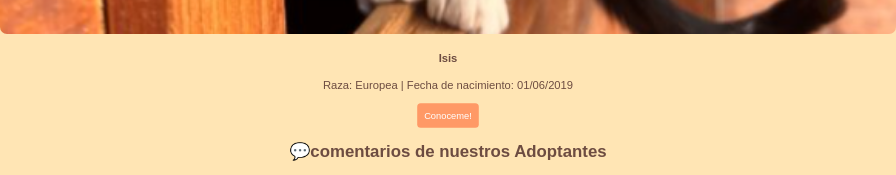
Repository: adriarodrisan/PetLover
Page: Paginas_web/Home_Petlover.html
These files come from the project's save history. The page is drawn as it stood at one moment and after the next save; the edit follows.
The browser window is 1280 px wide. The pictures show the part of the page from y = 2462 to 4382 px (the page is 2712 px tall before and 5423 px after), at 70% of full size.

Above is the page before, as saved 2025-02-14 18:49:51.

### Paginas_web/Home_Petlover.html
<!DOCTYPE html>
<html lang="en">
<head>
    <meta charset="UTF-8">
    <meta name="viewport" content="width=device-width, initial-scale=1.0">
    <title>PetLover home - Adopción de Mascotas </title>
    <link rel="stylesheet" href="/Css_Paginas/Home_Petlover.css">
</head>
<body>
    <header>
        <div class="logo">
            <h1> PetLover</h1>
        </div>
<!-- 🎥 Nuestros apartados de informacion, enlaces y boton de inicio de sesión -->
        <nav>
            <a href="#AboutUs">Sobre Nosotros</a>
            <a href="#Adopcion">Cómo Adoptar</a>
            <a href="#Ayudas">Ayudanos</a>
            <a href="#Contactos">Contato</a>
        </nav>
        <button class="boton_autenticacion"> Iniciar Sesión </button>
    </header>
 <!-- 🎥 Separacion entre gato y perro  -->
    <section class= "heroes">
        <h2>Encuentra a tu mejora amigo</h2>
        <p>Explora nuestros refugios y Encuentra a tu compañero ideal</p>
        <div class="contenedor-categoria">
            <h3>Perros</h3><a href="perros.html" class="tarjeta-categoria">🐶</a>
            <h3>Gatos</h3> <a href="gatos.html" class="tarjeta-categoria">🐱</a>
        </div>
    </section>
<!-- 🐾 Sección de Perros y Gatos Destacados con grandes necesidades! -->
<!-- 🐾 Sección de Perros -->
    <section class="seccion-destacada">
        <h2>🐶🐱 Mascotas Destacadas</h2>
        <div class="contenedor-destacado">
            <div class="tarjeta-mascota">
                <img src="/Imagenes_Animales/boki.png" alt="Perro en Adopción">
                <h4>Max</h4>
                <p>Raza: Pastor Belga Malioisse | Fecha de nacimiento: 22/02/2020</p>
                <button> Conoceme! </button>
            </div>
<!-- 🐾 Sección de Gatos -->
            <div class="tarjeta-mascota">
                <img src="/Imagenes_Animales/isis.png" alt="Gato en adopción">
                <h4>Isis</h4>
                <p> Raza: Europea | Fecha de nacimiento: 01/06/2019</p>
                <button>Conoceme! </button>
            </div>
        </div>
    </section>
<!-- 🐾 Sección de comentarios de Adoptantes (en preparación) -->
 <section class=" seccion-adoptantes">
    <h2>💬comentarios de nuestros Adoptantes </h2>
 </section>
</body>
</html>

### Css_Paginas/Home_Petlover.css
body{
    font-family: 'Arial', sans-serif;
    background-color: #ffe5b4;
    color: #6d4c41;
    margin: 0;
    text-align: center;
}
header{
    background-color: #FFCC99;
    padding: 15px;
    display: flex;
    justify-content: space-between;
    align-items: center;
}
.logo h1{
    margin: 0;
}
nav a{
    text-decoration: none;
    color: #6d4c41;
    font-weight: bold;
    margin:0 15px;
}
.boton-autenticacion{
    background-color: #FF9966;
    border:none ;
    color: white;
    padding: 10px 15px;
    border-radius: 5px;
    cursor: pointer;
}
.boton-autenticacion:hover{
    background-color: #FF7043;
}
.seccion-principal{
    background-color: #ffdab9;
    padding: 50px 20px;
}

.contenedor-categoria{
    display: flex;
    justify-content: center;
    gap: 20px;
}
.tarjeta-categoria{
    text-decoration: none;
    background: white;
    padding: 20px;
    border-radius: 10px;
    color: #6d4c41;
    font-size: 1.5rem;
    box-shadow: 2px 2px 10px rgba(0, 0, 0, 0.1);
    transition: transform 0.2s ease-in-out;
}
.tarjeta-categoria:hover{
    transform: scale(1.1);
}
.seccion-destacados, .contenedor-pasos{
    display: flex;
    justify-content: center;
    gap: 20px;
    flex-wrap: wrap;
}
.tarjeta-mascota img{
    width: 100%;
    border-radius: 10px;
}
.tarjeta-mascota button{
    background-color: #FF9966;
    border: none;
    color: white;
    padding:10px;
    border-radius: 5px;
    cursor:pointer;
}
.tarjeta-mascota button:hover {
    background-color: #FF7043;
}

After the next save:
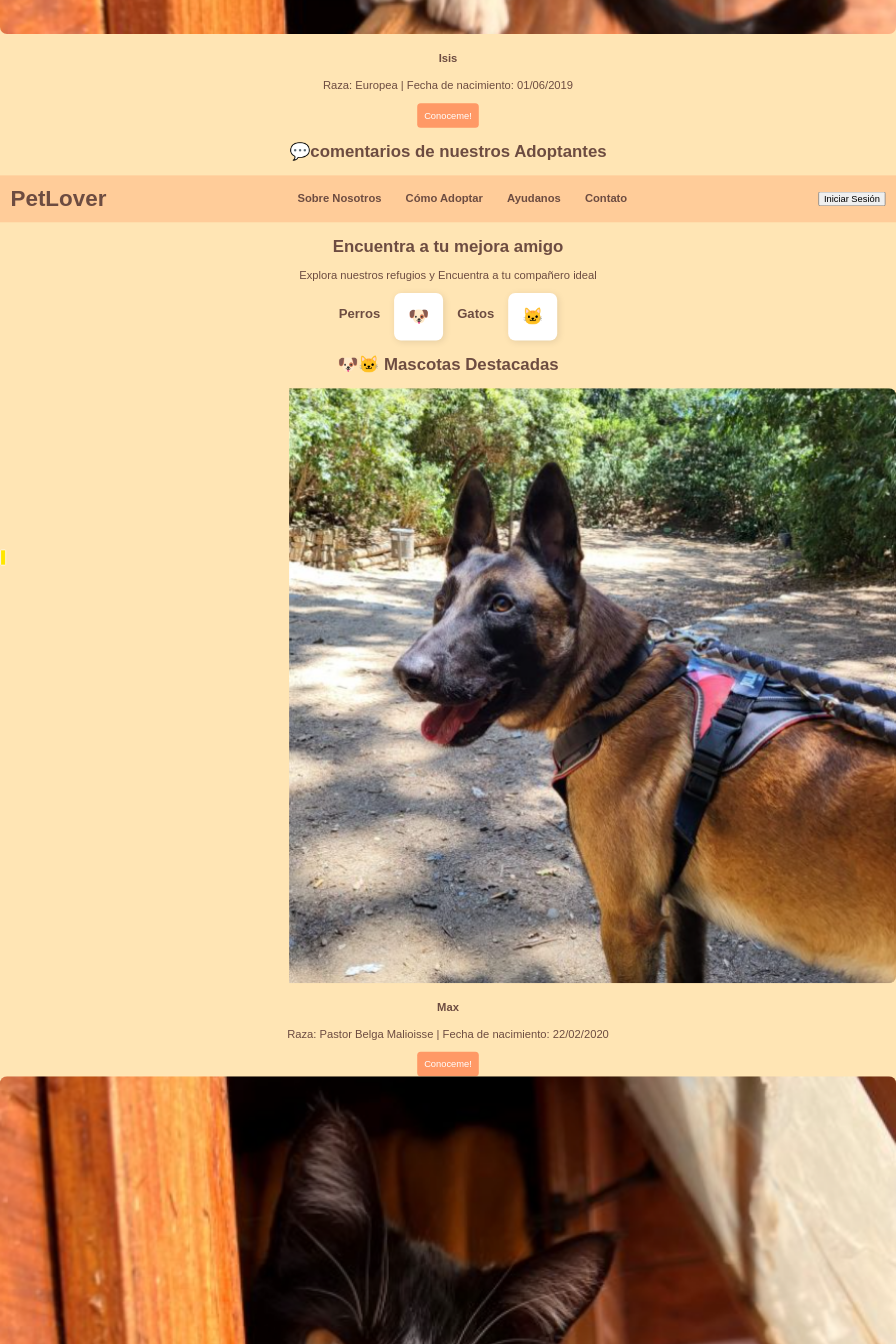
Saved 3 s later.
--- a/Paginas_web/Home_Petlover.html
+++ b/Paginas_web/Home_Petlover.html
@@ -1,3 +1,60 @@
+<!DOCTYPE html>
+<html lang="es">
+<head>
+    <meta charset="UTF-8">
+    <meta name="viewport" content="width=device-width, initial-scale=1.0">
+    <title>PetLover home - Adopción de Mascotas </title>
+    <link rel="stylesheet" href="/Css_Paginas/Home_Petlover.css">
+</head>
+<body>
+    <header>
+        <div class="logo">
+            <h1> PetLover</h1>
+        </div>
+<!-- 🎥 Nuestros apartados de informacion, enlaces y boton de inicio de sesión -->
+        <nav>
+            <a href="#AboutUs">Sobre Nosotros</a>
+            <a href="#Adopcion">Cómo Adoptar</a>
+            <a href="#Ayudas">Ayudanos</a>
+            <a href="#Contactos">Contato</a>
+        </nav>
+        <button class="boton_autenticacion"> Iniciar Sesión </button>
+    </header>
+ <!-- 🎥 Separacion entre gato y perro  -->
+    <section class= "heroes">
+        <h2>Encuentra a tu mejora amigo</h2>
+        <p>Explora nuestros refugios y Encuentra a tu compañero ideal</p>
+        <div class="contenedor-categoria">
+            <h3>Perros</h3><a href="perros.html" class="tarjeta-categoria">🐶</a>
+            <h3>Gatos</h3> <a href="gatos.html" class="tarjeta-categoria">🐱</a>
+        </div>
+    </section>
+<!-- 🐾 Sección de Perros y Gatos Destacados con grandes necesidades! -->
+<!-- 🐾 Sección de Perros -->
+    <section class="seccion-destacada">
+        <h2>🐶🐱 Mascotas Destacadas</h2>
+        <div class="contenedor-destacado">
+            <div class="tarjeta-mascota">
+                <img src="/Imagenes_Animales/boki.png" alt="Perro en Adopción">
+                <h4>Max</h4>
+                <p>Raza: Pastor Belga Malioisse | Fecha de nacimiento: 22/02/2020</p>
+                <button> Conoceme! </button>
+            </div>
+<!-- 🐾 Sección de Gatos -->
+            <div class="tarjeta-mascota">
+                <img src="/Imagenes_Animales/isis.png" alt="Gato en adopción">
+                <h4>Isis</h4>
+                <p> Raza: Europea | Fecha de nacimiento: 01/06/2019</p>
+                <button>Conoceme! </button>
+            </div>
+        </div>
+    </section>
+<!-- 🐾 Sección de comentarios de Adoptantes (en preparación) -->
+ <section class=" seccion-adoptantes">
+    <h2>💬comentarios de nuestros Adoptantes </h2>
+ </section>
+</body>
+</html>
 <!DOCTYPE html>
 <html lang="en">
 <head>
